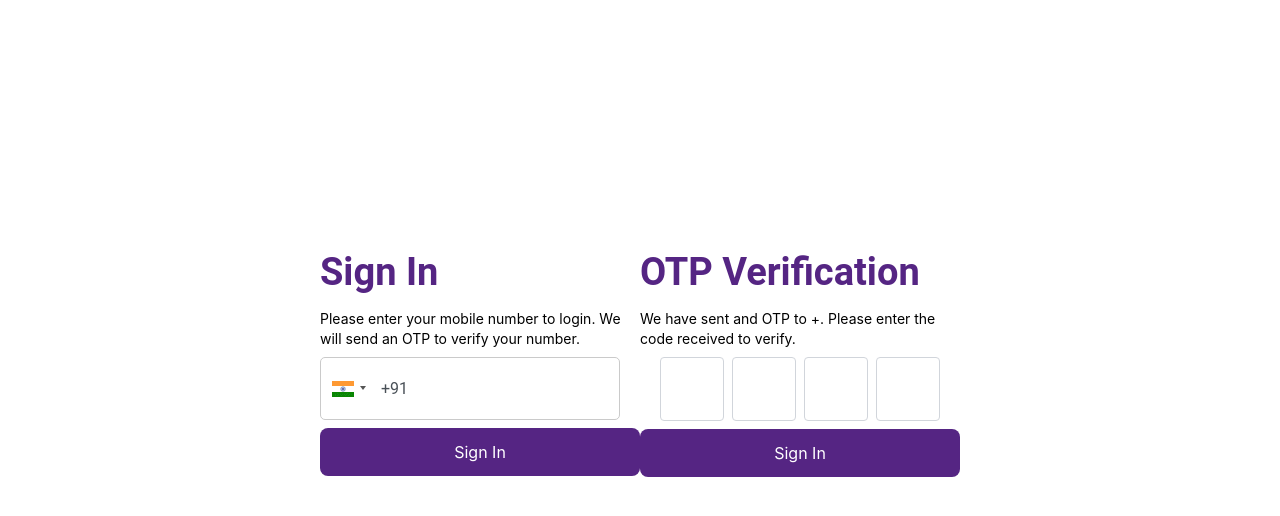
Repository: jayaprakash27/helloar-task
Page: /
These files come from the project's save history. The page is drawn as it stood at one moment and after a run of saves; the edit follows.
The browser window is 1280 px wide. The pictures show the whole page.
The project was rebuilt for these pictures with package versions that can differ from the ones it lists, and the page was loaded fresh each time.

Above is the page before, as saved 2023-10-27 00:04:42.

### src/App.js
import { Login } from "./components";

function App() {
  return (
    <>
    <Login />
    </>
  );
}

export default App;

### src/components/Login.jsx
import React, { useState } from "react";
import "./login.css";
import PhoneInput from "react-phone-input-2";
import "react-phone-input-2/lib/bootstrap.css";

function Login() {
  const [phoneNumber, setPhoneNumber] = useState("");

  const handleLogin = () => {
    const apiEndpoint = "https://dev.api.goongoonalo.com/v1/auth/login";
    const requestBody = {
      phoneNumber: "+" + phoneNumber,
    };

    fetch(apiEndpoint, {
      method: "POST",
      headers: {
        "Content-Type": "application/json",
      },
      body: JSON.stringify(requestBody),
    })
      .then((response) => {
        if (response.ok) {
          return response.json();
        } else {
          // Handle API errors here
          throw new Error("Failed to send OTP");
        }
      })
      .then((data) => {
        // Handle the API response data
        console.log("OTP sent successfully:", data);

        // You can add code here to navigate to the OTP verification page or perform the next step as needed.
      })
      .catch((error) => {
        // Handle any error that occurred during the API request
        console.error("Error sending OTP:", error);
      });
  };

  const [otp, setOtp] = useState(["", "", "", ""]);
  const expectedOtp = "1234";

  const handleInputChange = (index, value) => {
    if (!isNaN(value) && value.length <= 1) {
      const updatedOtp = [...otp];
      updatedOtp[index] = value;
      setOtp(updatedOtp);
    }
  };

  const verifyOtp = () => {
    const enteredOtp = otp.join("");
    if (enteredOtp === expectedOtp) {
      alert("OTP is correct. You are verified.");
    } else {
      alert("OTP is incorrect. Please try again.");
    }
  };

  return (
    <div className="login-page">
      <div className=" login-box flex flex-col w-80 items-center gap-2 justify-center">
        <h1 className=" text-primary-color w-full text-left font-semibold"> Sign In</h1>
        <p className=" text-sm">
          Please enter your mobile number to login. We will send an OTP to
          verify your number.
        </p>
        <PhoneInput
          country={"in"}
          enableSearch={true}
          value={phoneNumber}
          containerClass=" w-full"
          onChange={(phoneNumber) => setPhoneNumber(phoneNumber)}
        />
        <button
          onClick={handleLogin}
          className=" w-full rounded-lg p-3 hover:bg-purple-600  bg-primary-color text-white"
        >
          {" "}
          Sign In{" "}
        </button>
      </div>
      <div className=" login-box flex flex-col w-80 gap-2 items-center justify-center">
        <h1 className=" text-primary-color text-left w-full font-semibold">OTP Verification</h1>
        <p className=" text-sm">
          We have sent and OTP to +{phoneNumber}. Please enter the code received
          to verify.
        </p>
        <div className="otp-input flex space-x-2">
          {otp.map((digit, index) => (
            <input
              key={index}
              type="text"
              value={digit}
              onChange={(e) => handleInputChange(index, e.target.value)}
              maxLength="1"
              className="w-16 h-16 border border-gray-300 rounded text-3xl text-center"
            />
          ))}
        </div>
        <button
          onClick={handleLogin}
          className=" w-full rounded-lg p-3 hover:bg-purple-600  bg-primary-color text-white"
        >
          {" "}
          Sign In{" "}
        </button>
      </div>
    </div>
  );
}

export default Login;

### src/components/login.css
.login-page{
    background-color: white;
    width: 100vw;
    height: 100vh;
    display: flex;
    justify-content: center;
    align-items: center;
}
.login-box h1 {
  font-family: Roboto;
  font-size: 38px;
}

### tailwind.config.js
/** @type {import('tailwindcss').Config} */
module.exports = {
  content: [
    "./src/**/*.{js,jsx,ts,tsx}",
  ],
  theme: {
    extend: {
      colors: {
        "primary-color": "#552583",
      }
    },
  },
  plugins: [],
}

Loaded but not shown: public/index.html (common file); src/index.js (common file); src/index.css (common file); src/components/index.js (common file)

After the next 2 saves:
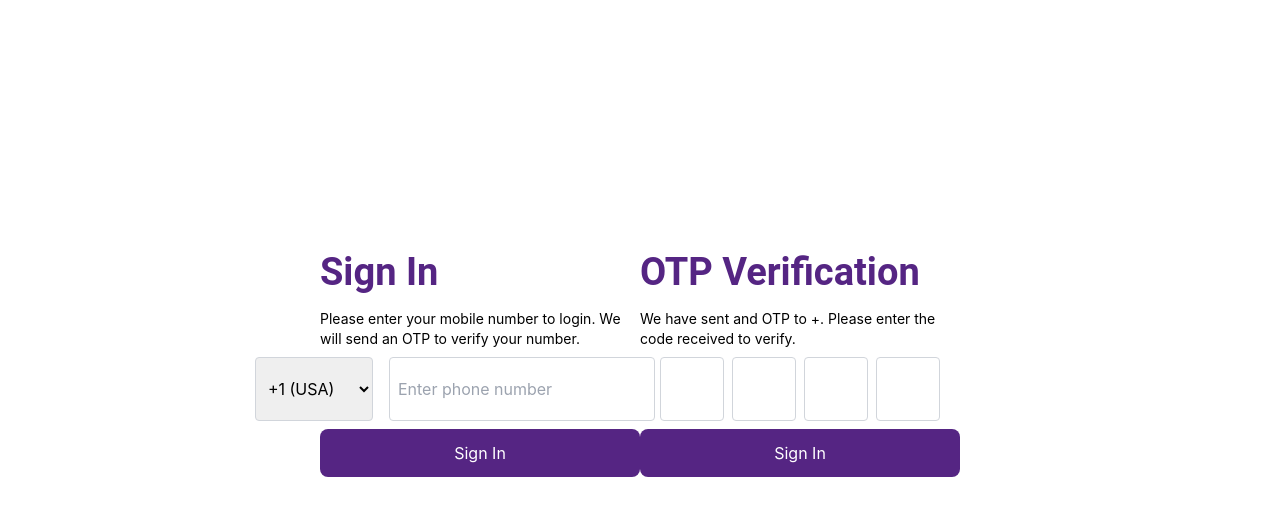
The 2 saves are shown as one change because 1 did not build or start.
The last was saved 4 min 11 s later.
--- a/src/components/Login.jsx
+++ b/src/components/Login.jsx
@@ -2,9 +2,29 @@
 import "./login.css";
 import PhoneInput from "react-phone-input-2";
 import "react-phone-input-2/lib/bootstrap.css";
+const countryCodes = [
+    { code: '1', name: 'USA' },
+    { code: '44', name: 'UK' },
+    { code: '91', name: 'India' },
+    // Add more country codes as needed
+  ];
 
 function Login() {
-  const [phoneNumber, setPhoneNumber] = useState("");
+
+    const [selectedCountry, setSelectedCountry] = useState(countryCodes[0]);
+    const [phoneNumber, setPhoneNumber] = useState('');
+
+    const handleCountryChange = (event) => {
+      const selectedCode = event.target.value;
+      const selectedCountry = countryCodes.find((country) => country.code === selectedCode);
+      setSelectedCountry(selectedCountry);
+    };
+
+    const handlePhoneNumberChange = (event) => {
+      const newPhoneNumber = event.target.value;
+      setPhoneNumber(newPhoneNumber);
+    }
+    const formattedPhoneNumber = `+(${selectedCountry.code}) ${phoneNumber}`;
 
   const handleLogin = () => {
     const apiEndpoint = "https://dev.api.goongoonalo.com/v1/auth/login";
@@ -67,13 +87,34 @@
           Please enter your mobile number to login. We will send an OTP to
           verify your number.
         </p>
-        <PhoneInput
+        {/* <PhoneInput
           country={"in"}
           enableSearch={true}
           value={phoneNumber}
           containerClass=" w-full"
           onChange={(phoneNumber) => setPhoneNumber(phoneNumber)}
-        />
+        /> */}
+        <div className="flex space-x-4">
+      <select
+        className="p-2 border border-gray-300 rounded"
+        onChange={handleCountryChange}
+        value={selectedCountry.code}
+      >
+        {countryCodes.map((country) => (
+          <option key={country.code} value={country.code}>
+            {`+${country.code} (${country.name})`}
+          </option>
+        ))}
+      </select>
+      <input
+        type="tel"
+        className="p-2 flex-1 border border-gray-300 rounded"
+        placeholder="Enter phone number"
+        value={phoneNumber}
+        onChange={handlePhoneNumberChange}
+      />
+      <p className="p-2 text-gray-600">{formattedPhoneNumber}</p>
+    </div>
         <button
           onClick={handleLogin}
           className=" w-full rounded-lg p-3 hover:bg-purple-600  bg-primary-color text-white"

After the save that followed:
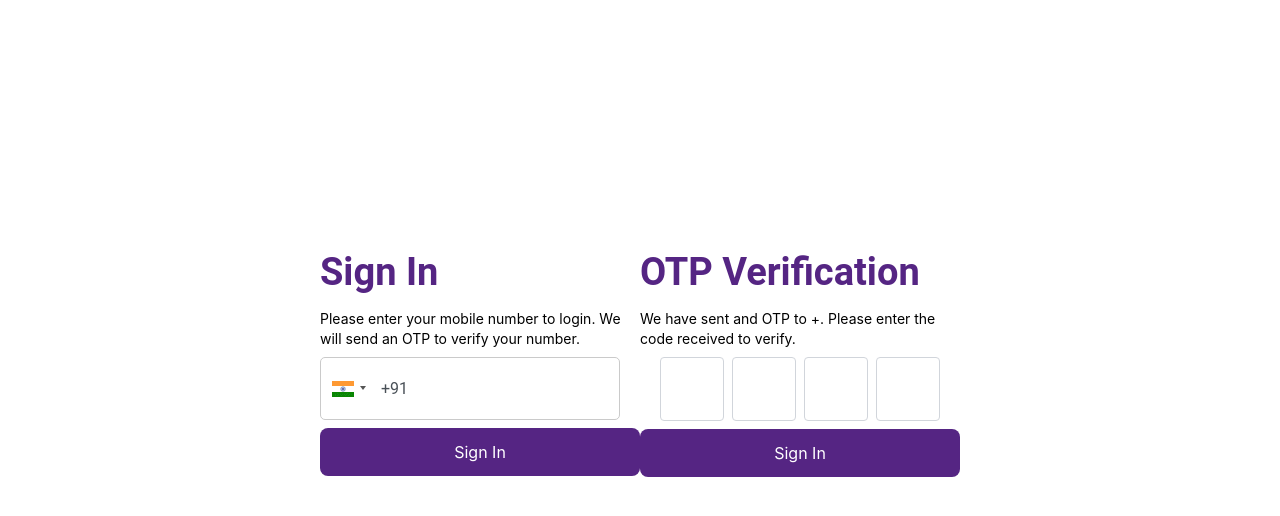
Saved 108 s later.
--- a/src/components/Login.jsx
+++ b/src/components/Login.jsx
@@ -2,29 +2,9 @@
 import "./login.css";
 import PhoneInput from "react-phone-input-2";
 import "react-phone-input-2/lib/bootstrap.css";
-const countryCodes = [
-    { code: '1', name: 'USA' },
-    { code: '44', name: 'UK' },
-    { code: '91', name: 'India' },
-    // Add more country codes as needed
-  ];
 
 function Login() {
-
-    const [selectedCountry, setSelectedCountry] = useState(countryCodes[0]);
-    const [phoneNumber, setPhoneNumber] = useState('');
-
-    const handleCountryChange = (event) => {
-      const selectedCode = event.target.value;
-      const selectedCountry = countryCodes.find((country) => country.code === selectedCode);
-      setSelectedCountry(selectedCountry);
-    };
-
-    const handlePhoneNumberChange = (event) => {
-      const newPhoneNumber = event.target.value;
-      setPhoneNumber(newPhoneNumber);
-    }
-    const formattedPhoneNumber = `+(${selectedCountry.code}) ${phoneNumber}`;
+  const [phoneNumber, setPhoneNumber] = useState("");
 
   const handleLogin = () => {
     const apiEndpoint = "https://dev.api.goongoonalo.com/v1/auth/login";
@@ -87,34 +67,13 @@
           Please enter your mobile number to login. We will send an OTP to
           verify your number.
         </p>
-        {/* <PhoneInput
+        <PhoneInput
           country={"in"}
           enableSearch={true}
           value={phoneNumber}
           containerClass=" w-full"
           onChange={(phoneNumber) => setPhoneNumber(phoneNumber)}
-        /> */}
-        <div className="flex space-x-4">
-      <select
-        className="p-2 border border-gray-300 rounded"
-        onChange={handleCountryChange}
-        value={selectedCountry.code}
-      >
-        {countryCodes.map((country) => (
-          <option key={country.code} value={country.code}>
-            {`+${country.code} (${country.name})`}
-          </option>
-        ))}
-      </select>
-      <input
-        type="tel"
-        className="p-2 flex-1 border border-gray-300 rounded"
-        placeholder="Enter phone number"
-        value={phoneNumber}
-        onChange={handlePhoneNumberChange}
-      />
-      <p className="p-2 text-gray-600">{formattedPhoneNumber}</p>
-    </div>
+        />
         <button
           onClick={handleLogin}
           className=" w-full rounded-lg p-3 hover:bg-purple-600  bg-primary-color text-white"
